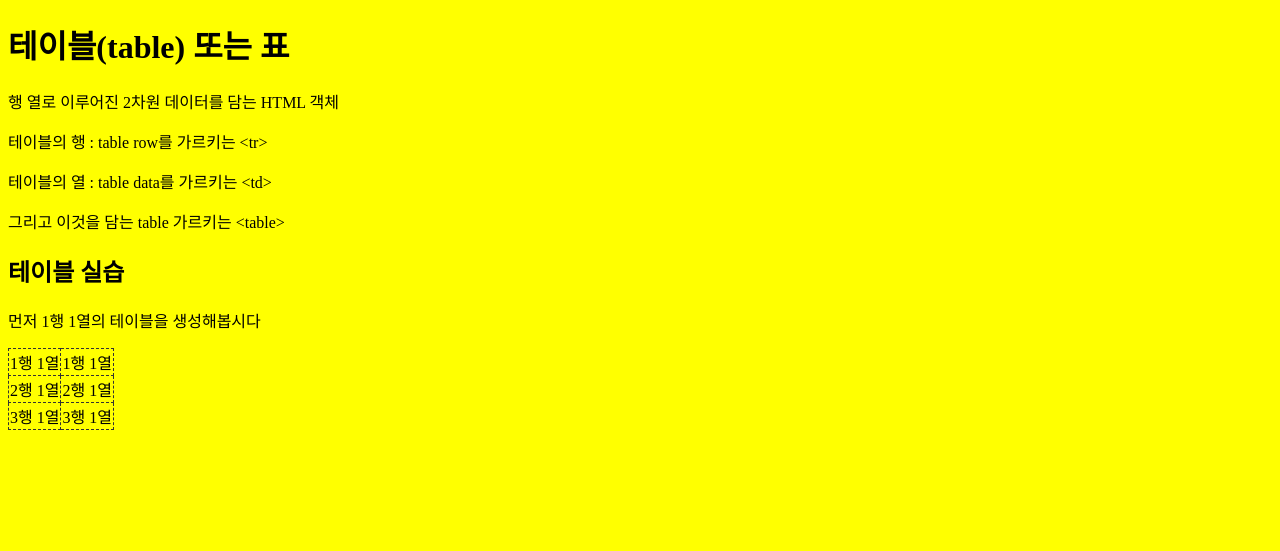
Repository: kmh9964/view
Page: workspace/studyhtml5/src/main/webapp/docs/first.html
The author's editor kept a copy of each file at every save. The page is drawn from the files as they stood at one save, then again after the next save.
The browser window is 1280 px wide. The pictures show the whole page.

Above is the page before, as saved 2022-12-15 06:18:01.

After the next save:
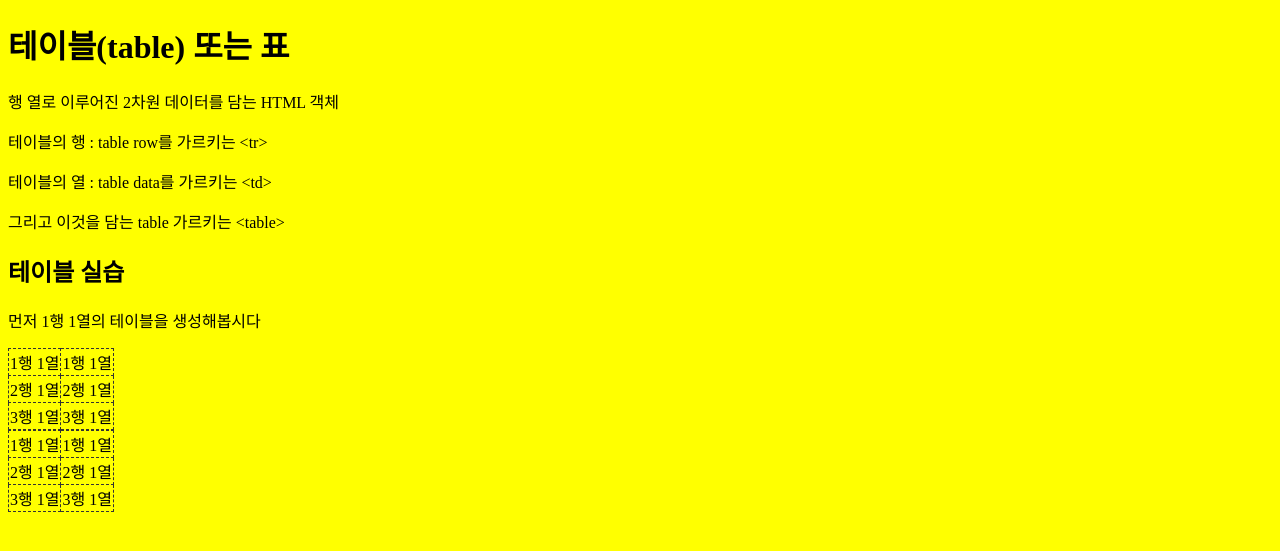
Saved 61 s later.
--- a/workspace/studyhtml5/src/main/webapp/docs/first.html
+++ b/workspace/studyhtml5/src/main/webapp/docs/first.html
@@ -26,5 +26,17 @@
 		</tr>
 	</table>
 
+	<table>
+		<tr> <!-- 행 -->
+			<td>1행 1열</td><td>1행 1열</td> <!-- 열 -->
+		</tr>
+		<tr> <!-- 행 -->
+			<td>2행 1열</td><td>2행 1열</td> <!-- 열 -->
+		</tr>
+		<tr> <!-- 행 -->
+			<td>3행 1열</td><td>3행 1열</td> <!-- 열 -->
+		</tr>
+	</table>
+
 </body>
 </html>

After the save that followed:
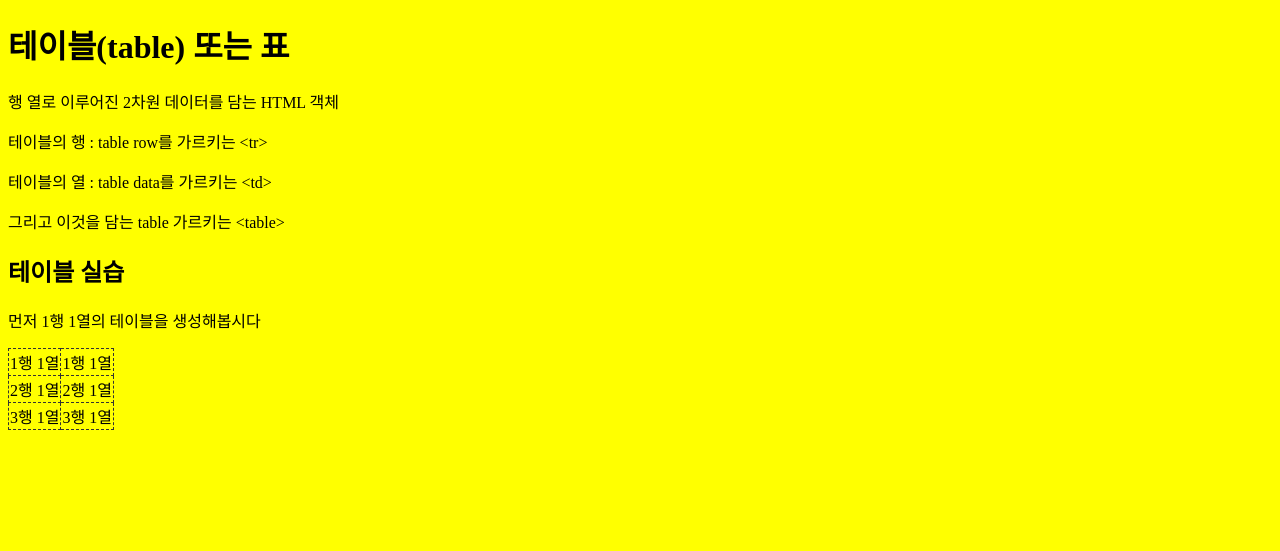
Saved 20 s later.
--- a/workspace/studyhtml5/src/main/webapp/docs/first.html
+++ b/workspace/studyhtml5/src/main/webapp/docs/first.html
@@ -26,17 +26,7 @@
 		</tr>
 	</table>
 
-	<table>
-		<tr> <!-- 행 -->
-			<td>1행 1열</td><td>1행 1열</td> <!-- 열 -->
-		</tr>
-		<tr> <!-- 행 -->
-			<td>2행 1열</td><td>2행 1열</td> <!-- 열 -->
-		</tr>
-		<tr> <!-- 행 -->
-			<td>3행 1열</td><td>3행 1열</td> <!-- 열 -->
-		</tr>
-	</table>
+
 
 </body>
 </html>
